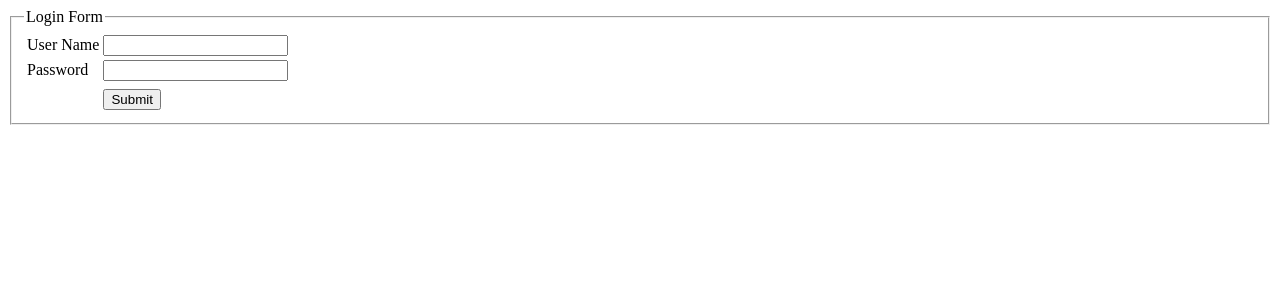
Repository: nosranijuned/WebRegister
Page: WebRegister/WebContent/view/Login.html
These files come from the project's save history. The page is drawn as it stood at one moment and after the next save; the edit follows.
The browser window is 1280 px wide. The pictures show the whole page.

Above is the page before, as saved 2019-03-12 06:29:49.

After the next save:
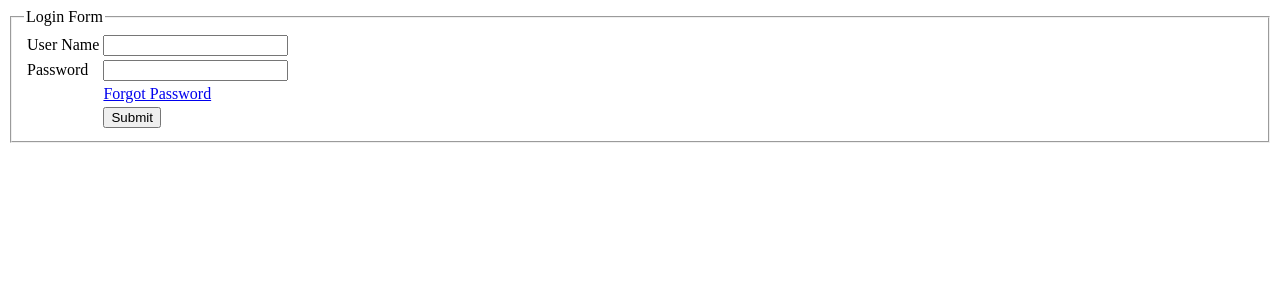
Saved 60 s later.
--- a/WebRegister/WebContent/view/Login.html
+++ b/WebRegister/WebContent/view/Login.html
@@ -11,7 +11,7 @@
 		<table>
 			<tr><td>User Name</td><td><input type="text" name="uname"></td></tr>
 			<tr><td>Password</td><td><input type="password" name="pass"></td></tr>
-			<tr><td></td><td></td></tr>
+			<tr><td></td><td><a href="ForgotPassword.html">Forgot Password</a></td></tr>
 			<tr><td></td><td><input type="submit" value="Submit"></td></tr>
 		</table>
 	</fieldset>
